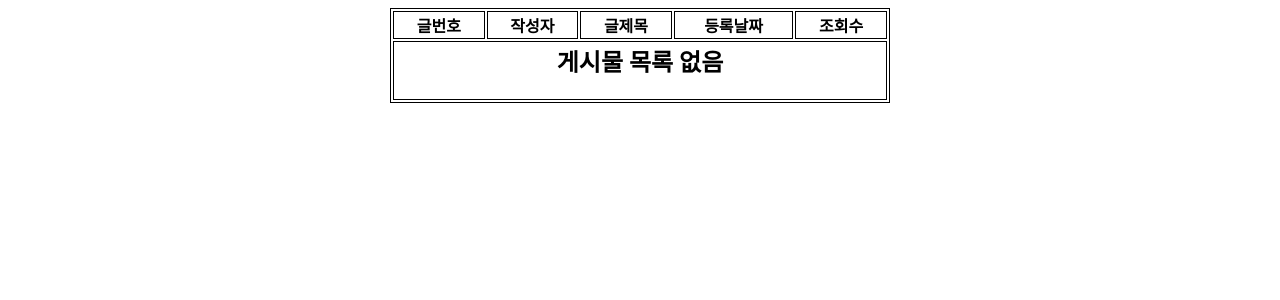
Repository: LTaeHoon/javajsp_ncs
Page: http://localhost/chap07_DTO_DAO/board/boardList.jsp
An editor plug-in stored every save of this project. The page is shown before and after the next save, followed by the edit.
The browser window is 1280 px wide. The pictures show the whole page.
The page is served by Tomcat 9. Other server files are loaded and not shown. Queries for data that is not in the repository find no rows.

Above is the page before, as saved 2017-01-23 06:38:37.

### chap07_DTO_DAO/WebContent/board/boardList.jsp
<%@page import="com.board.model.BoardDTO"%>
<%@page import="java.util.List"%>
<%@page import="com.board.model.BoardDAO"%>
<%@ page language="java" contentType="text/html; charset=UTF-8"
    pageEncoding="UTF-8"%>

<!-- boardList.jsp : 게시물 전체 목록 보기 -->
<style>

	table{border:1px solid black;width:500;margin:auto;text-align:center;}
	td,th{border:1px solid black;border-spacing: 0px 0px}
</style>

<table>
	<tr>
		<th>글번호</th> <th>작성자</th>
		<th>글제목</th> <th>등록날짜</th>
		<th>조회수</th>
	</tr>
	<%
		BoardDAO dao = new BoardDAO(); //db 연동 객체 생성
		List<BoardDTO> list = dao.getBoardList();

		if(list.size()>0){
			for(int i=0;i<list.size();i++){ //레코드 수반복
				BoardDTO dto =list.get(i); //BoardDTO
				%>
				<tr>
					<td><%=dto.getBoard_no() %></td>
					<td><%=dto.getBoard_name() %></td>
					<td><%=dto.getBoard_title() %></td>
					<td><%=dto.getBoard_regdate().substring(0,10) %></td>
					<td><%=dto.getBoard_hit() %></td>
				</tr>

				<%
			}
		}else{
			%>
				<tr>
					<th colspan="5">
						<h2>게시물 목록 없음</h2>
					</th>
				</tr>
			<%
		}

	%>
</table>

### chap07_DTO_DAO/src/com/board/model/BoardDAO.java
package com.board.model;

import java.io.IOException;
import java.sql.Connection;
import java.sql.PreparedStatement;
import java.sql.ResultSet;
import java.util.ArrayList;
import java.util.List;

import db.DBConnection;

public class BoardDAO { //db 연동(jdbc+dbcp) 객체 생성
	   Connection con = null;
	   PreparedStatement pstmt = null;
	   ResultSet rs = null;
	   String sql = null;

	   public BoardDAO(){
		   DBConnection db;
		try {
			db = new DBConnection();
			con = db.con;
		} catch (IOException e) {
			// TODO Auto-generated catch block
			e.printStackTrace();
		}
	   }//생성자 end

	   /* getBoardList() */
	   public List<BoardDTO>getBoardList(){ //전체 게시물 목록 보기
		   List<BoardDTO> list = new ArrayList<BoardDTO>();
		   sql = "select * from jsp_board order by board_no desc";
		   try{
			   pstmt = con.prepareStatement(sql);
			   rs = pstmt.executeQuery();
			   while(rs.next()){
				   //레코드를 칼럼 단위로 가져와서 dto에 저장
				   BoardDTO dto = new BoardDTO();
				   dto.setBoard_no(rs.getInt("board_no"));
				   dto.setBoard_name(rs.getString("board_name"));
				   dto.setBoard_title(rs.getString("board_title"));
				   dto.setBoard_cont(rs.getString("board_cont"));
				   dto.setBoard_pwd(rs.getString("board_pwd"));
				   dto.setBoard_hit(rs.getInt("board_hit"));
				   dto.setBoard_regdate(rs.getString("board_regdate"));
				   //dto 갹체를 list에 추가
				   list.add(dto);
			   }
		   rs.close();pstmt.close();con.close();
		   }catch(Exception e){
			   e.printStackTrace();
		   }
		   return list;
	   }//getBoardlist() end
}

### chap07_DTO_DAO/src/db/DBConnection.java
package db;

import java.io.IOException;
import java.sql.Connection;

import javax.naming.Context;
import javax.naming.InitialContext;
import javax.sql.DataSource;

// DB연결 객체 생성
public class DBConnection {
	public Connection con = null;

	// 생성자
	public DBConnection() throws IOException{

		try{
			   // 커넥션 풀 작업순서
			   // 1. JNDI(Java Naming Directory Interface)에
			   //    접근하기 위한 객체 생성
		       Context init = new InitialContext();
			   // 2. Context.xml 파일에 설정된 리소스를 참조하여
			   //    DataSource 객체를 생성한다.
		       DataSource ds =
		         (DataSource)init.lookup("java:comp/env/jdbc/orcl");
			   // 3. 커넥션 풀에  의한 DB 연동 객체 생성하여 연결시도
		       con = ds.getConnection(); // 커넥션 풀에서 객체 가져옴
		       System.out.println("<h3> DBCP에 연결되었습니다.</h3>");
		   }catch(Exception e){
			   System.out.println("<h3> 연결에 실패하였습니다. </h3>");
		   }

	}// 생성자 end


}

After the next save:
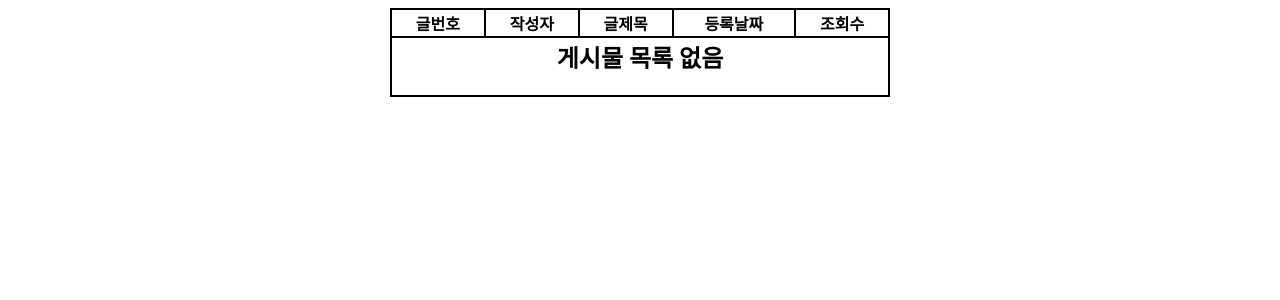
Saved 13 s later.
--- a/chap07_DTO_DAO/WebContent/board/boardList.jsp
+++ b/chap07_DTO_DAO/WebContent/board/boardList.jsp
@@ -7,7 +7,7 @@
 <!-- boardList.jsp : 게시물 전체 목록 보기 -->
 <style>
 
-	table{border:1px solid black;width:500;margin:auto;text-align:center;}
+	table{border:1px solid black;width:500;margin:auto;text-align:center;border-spacing: 0px 0px}
 	td,th{border:1px solid black;border-spacing: 0px 0px}
 </style>
 
